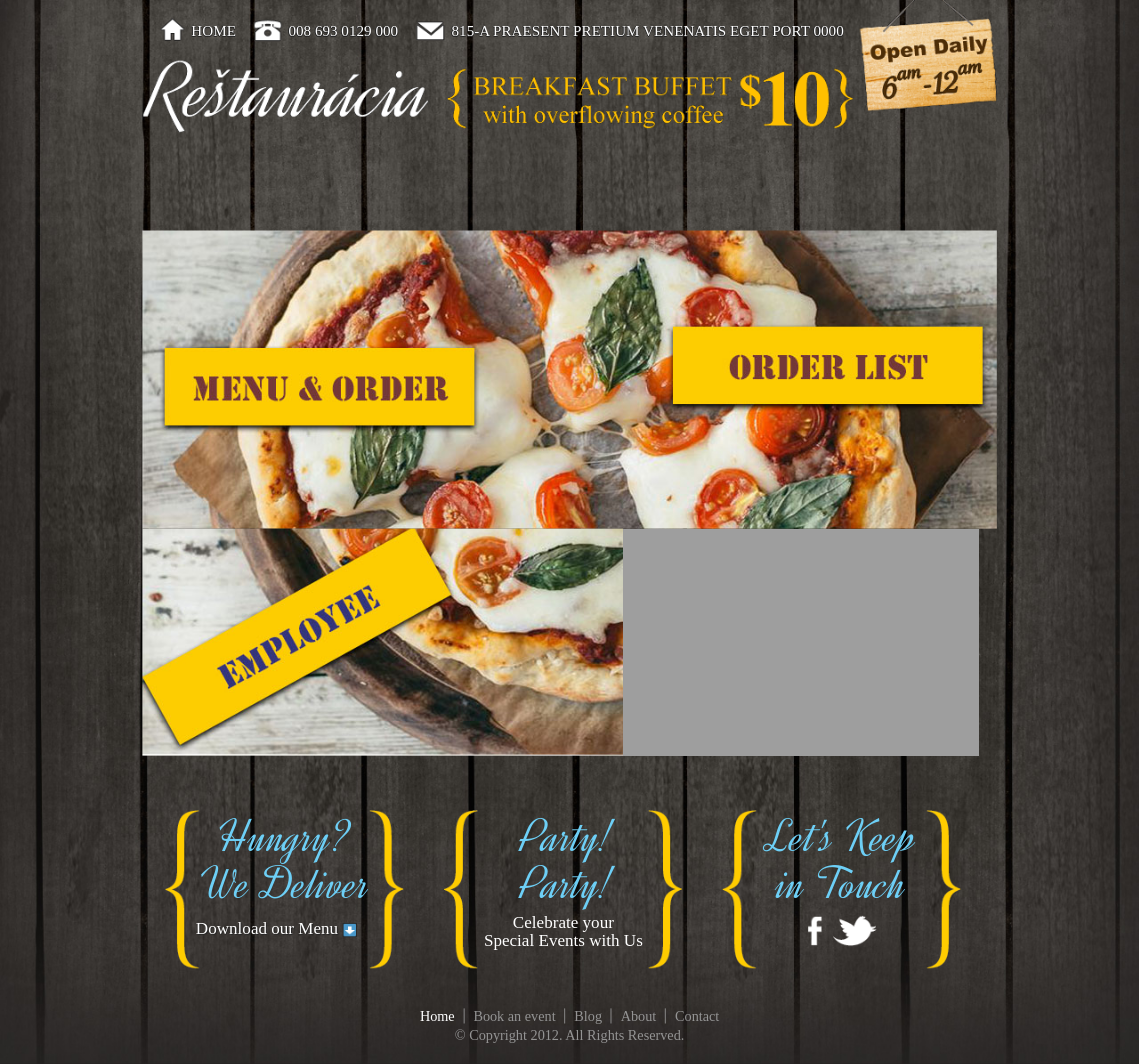
Repository: WarapornPum/OoadProject
Page: http://localhost/PizzaOrderSystem/Home.jsp
These files come from the project's save history. The page is drawn as it stood at one moment and after the next save; the edit follows.
The browser window is 1280 px wide. The pictures show the whole page, at 89% of full size.
The pointer rests on the first visible `#featured li.entree a`.
Pictures or frames that could not be fetched are drawn as grey boxes. The page is served by Tomcat 9.

Above is the page before, as saved 2019-02-16 10:39:50.

After the next save:
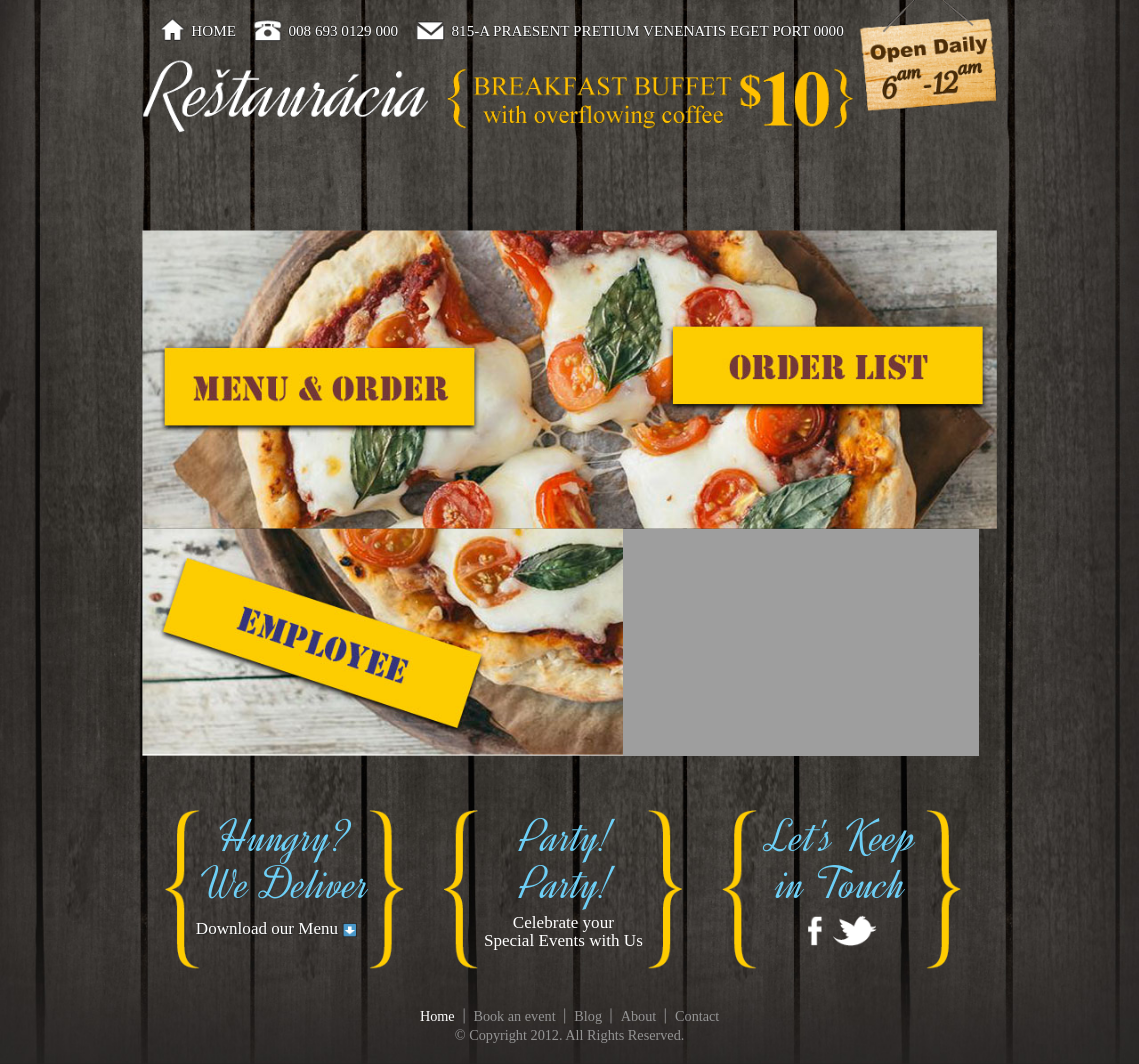
Saved 2 min 27 s later.
--- a/PizzaOrderSystem/WebContent/css/style.css
+++ b/PizzaOrderSystem/WebContent/css/style.css
@@ -180,7 +180,7 @@ body {
 	width: 540px;
 }
 #featured li.entree a:hover {
-	background: url(../images/employee_hover.jpg) no-repeat 0 0;
+	background: url(../images/employee_1_hover.jpg) no-repeat 0 0;
 }
 
 #featured li.desserts a {
